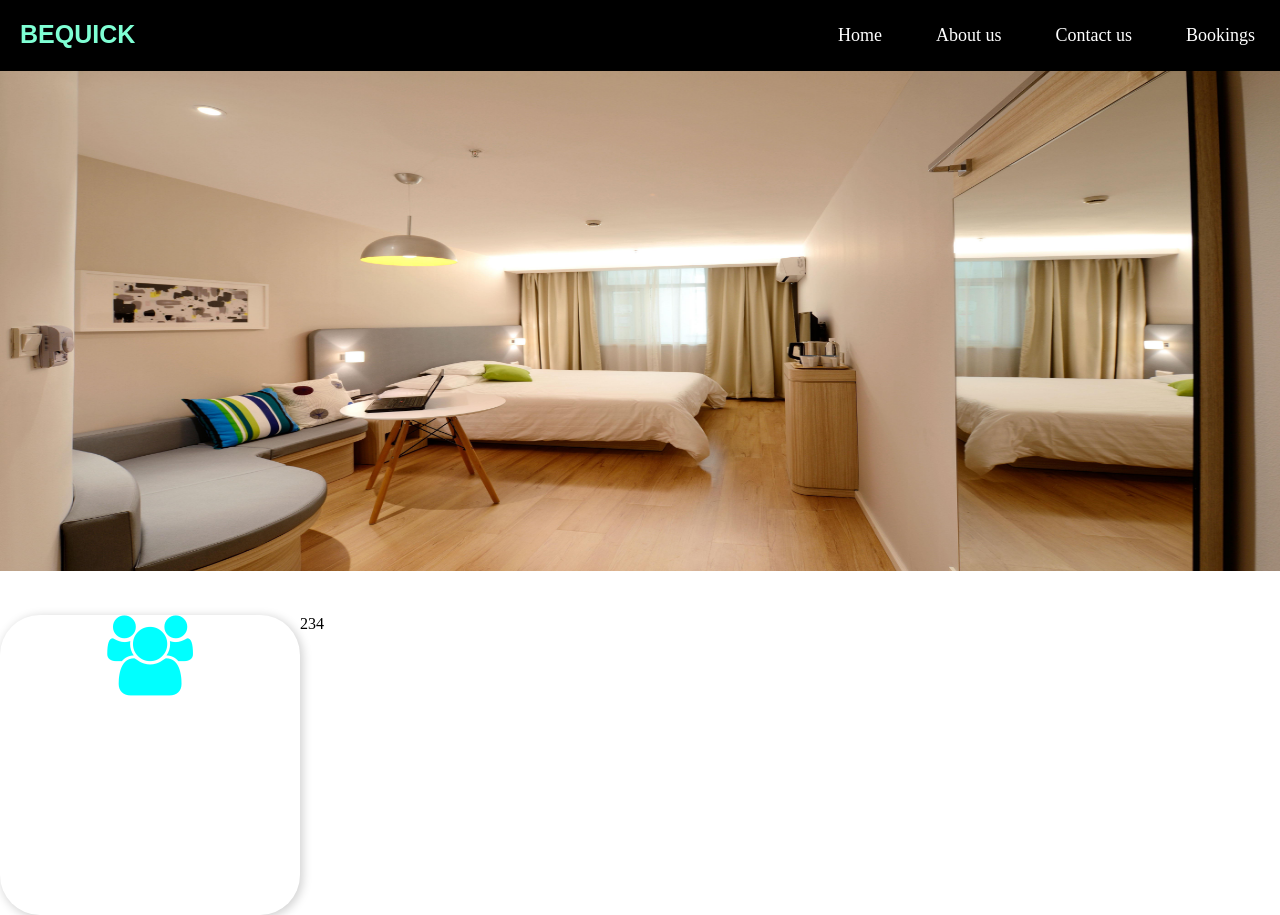
Repository: Ayushi6Sharma/BEQUICK_Hotel_Booking_Web
Page: index.html
The author's editor kept a copy of each file at every save. The page is drawn from the files as they stood at one save, then again after the next save.
The browser window is 1280 px wide. The pictures show the whole page.

Above is the page before, as saved 2022-05-09 00:50:41.

After the next save:
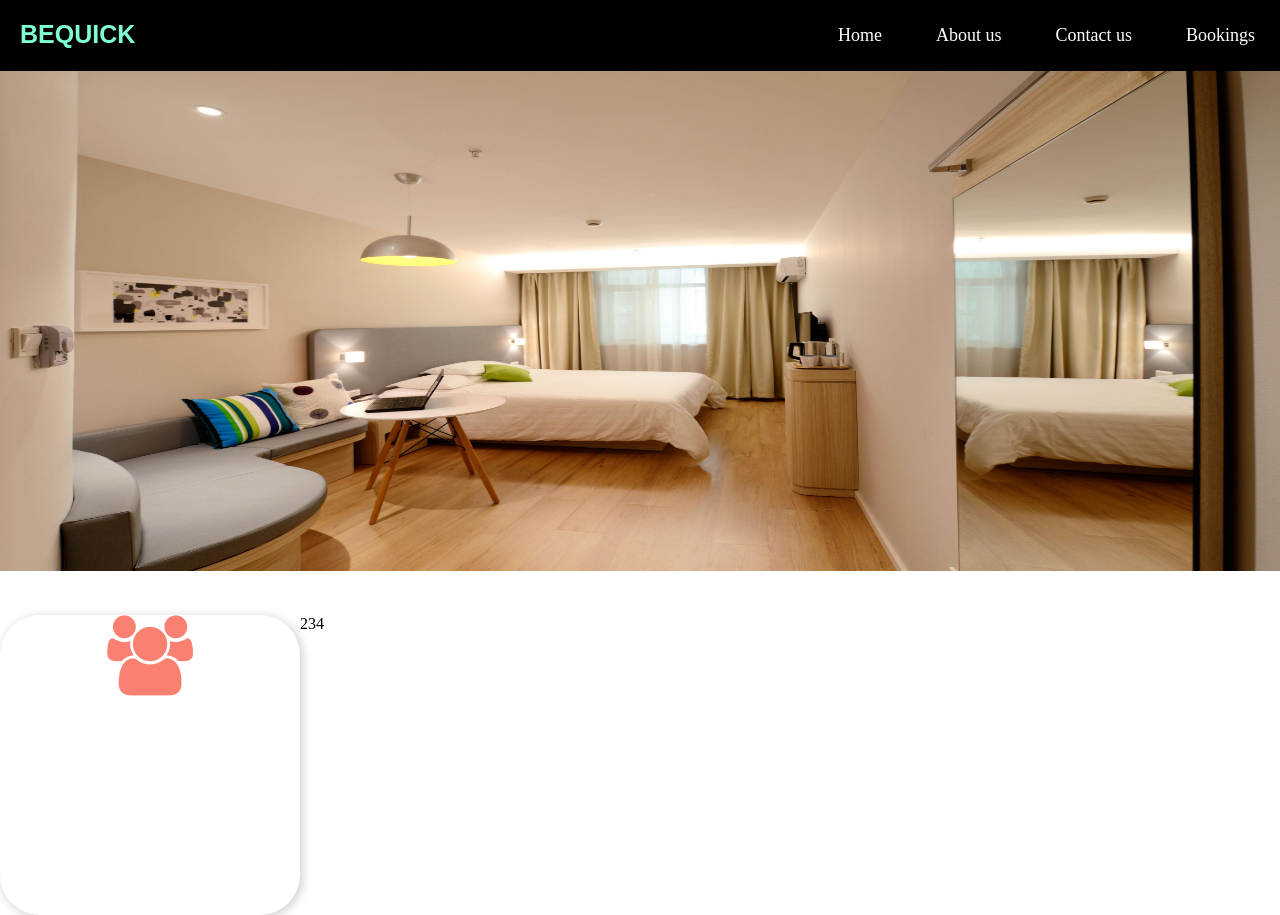
Saved 57 s later.
--- a/style.css
+++ b/style.css
@@ -82,5 +82,5 @@
 }
 .fa
 {
-    color:aqua;
+    color:salmon;
 }

After the save that followed:
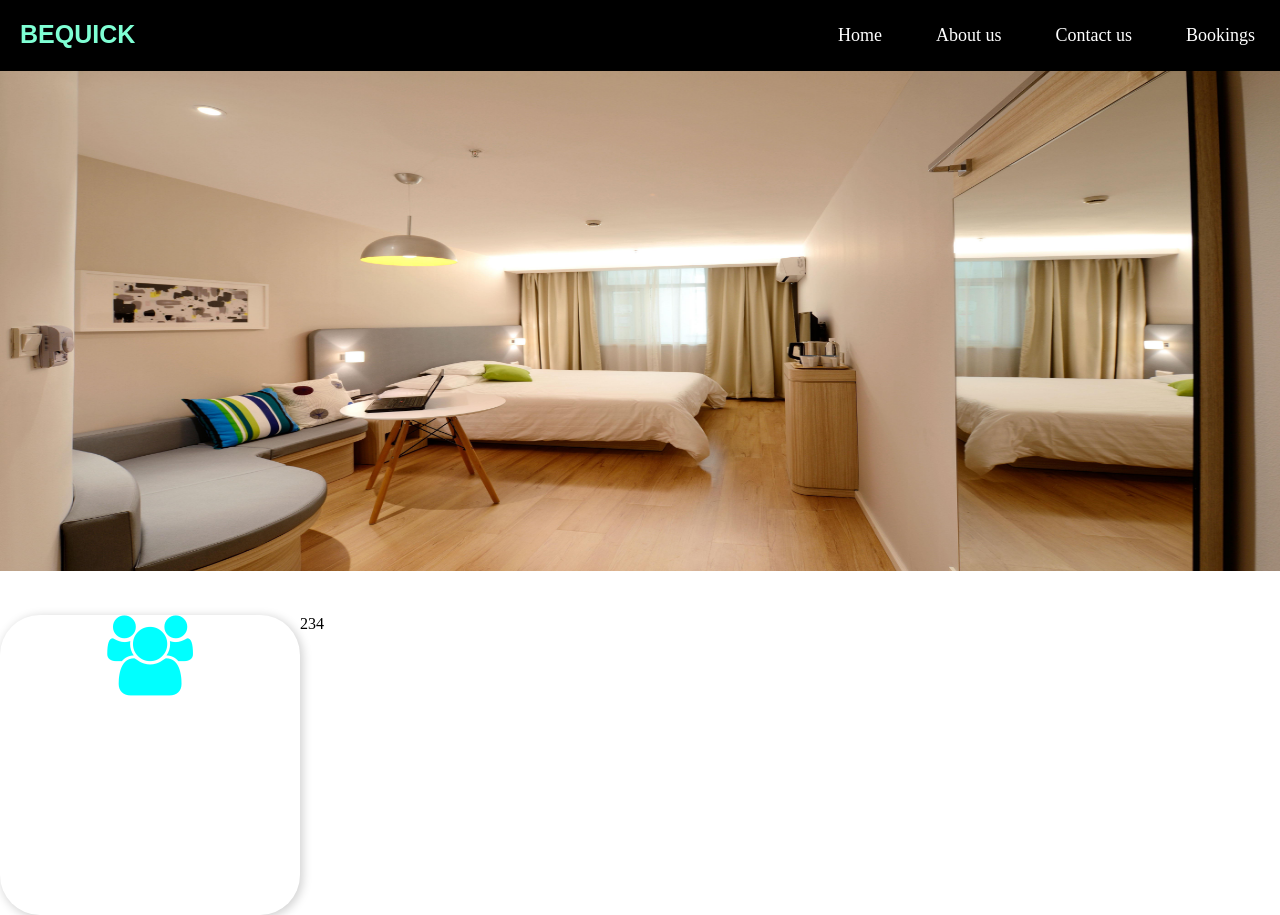
Saved 15 s later.
--- a/style.css
+++ b/style.css
@@ -82,5 +82,5 @@
 }
 .fa
 {
-    color:salmon;
+    color:aqua;
 }
